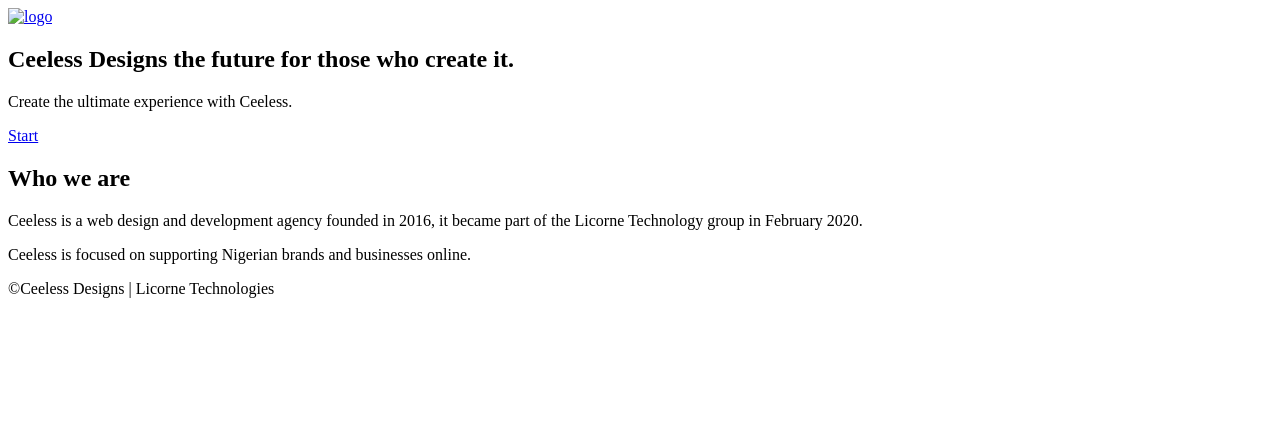
Repository: Licorne-Technologies/Ceeless-v2
Page: index.html
These files come from the project's save history. The page is drawn as it stood at one moment and after the next save; the edit follows.
The browser window is 1280 px wide. The pictures show the whole page.

Above is the page before, as saved 2020-06-15 11:24:16.

After the next save:
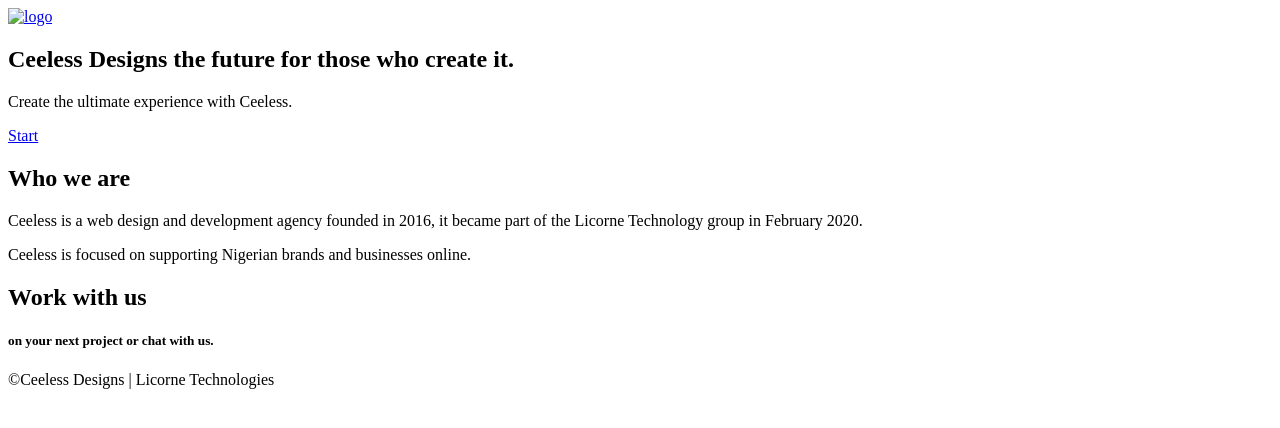
Saved 115 s later.
--- a/index.html
+++ b/index.html
@@ -64,6 +64,17 @@
     </section>
     <!--End of section-->
 
+    <section class="contactUs">
+        <div class="row">
+            <div class="col">
+                <h2 class="title">Work with us</h2>
+                <h5>on your next project or chat with us.</h5>
+            </div>
+            <div class="col">
+                <!--form-->
+            </div>
+        </div>
+    </section>
  </main>
  <footer class="footer">
      <p>&copy;Ceeless Designs | Licorne Technologies</p>
